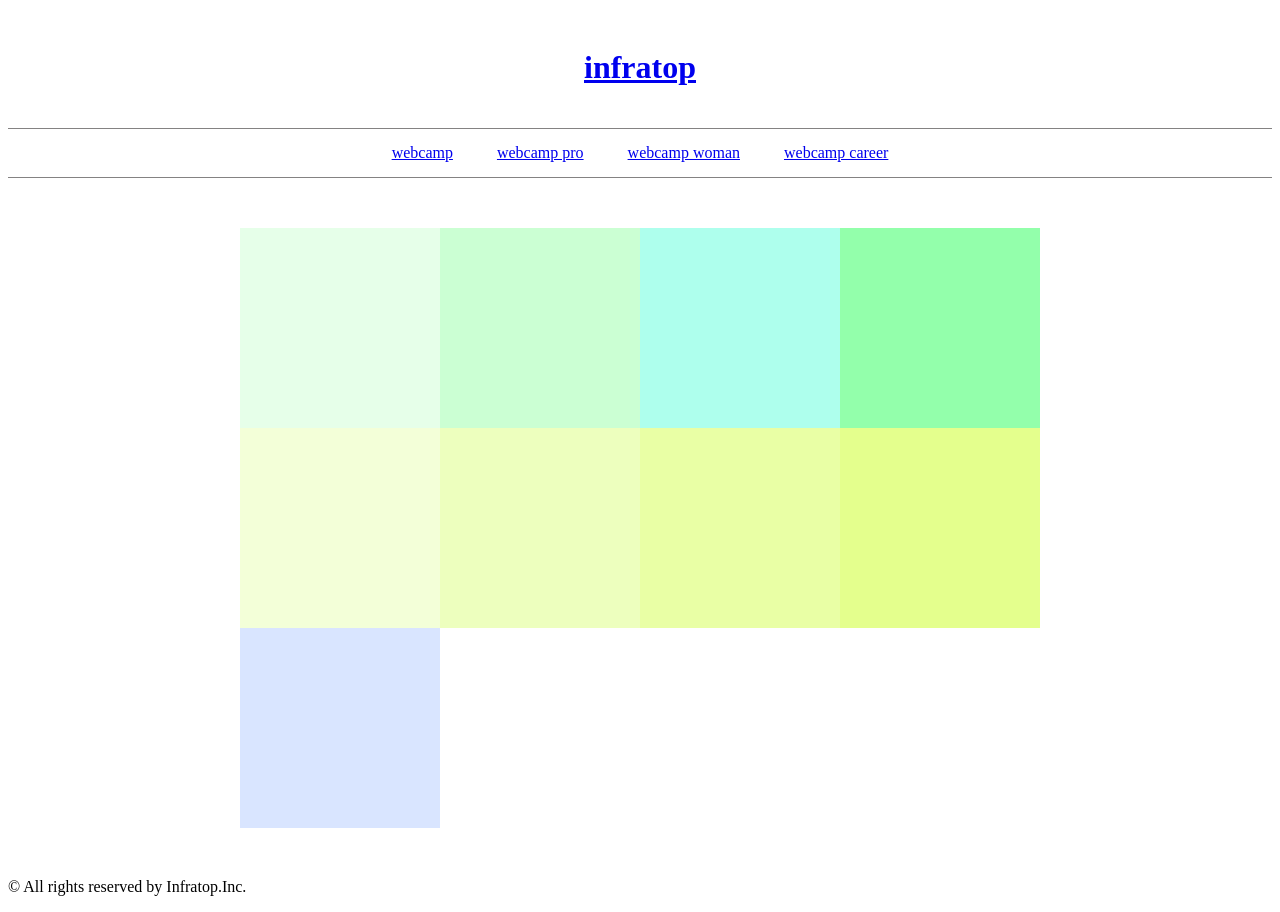
Repository: ego-boosting/html-practice1
Page: chapter5/index.html
The author's editor kept a record of every edit. The page is drawn from the files as they stood at one moment, then again after the next edit.
The browser window is 1280 px wide. The pictures show the whole page.

Above is the page before.

### chapter5/index.html
<!DOCTYPE html>
<html lang="ja">

  <head>
    <meta charset="UTF-8" />
    <link rel="stylesheet" href="style.css" />
    <title></title>
  </head>

  <body>
    <header>
      <h1 class="heading">
        <a href="index.html">
          infratop
        </a>

      </h1>
    </header>

    <nav>

      <ul class="nav-list">
        <li class="nav-list-item">
          <a href="index.html">webcamp</a>
        </li>
        <li class="nav-list-item">
          <a href="index.html">webcamp pro</a>
        </li>
        <li class="nav-list-item">
          <a href="index.html">webcamp woman</a>
        </li>
        <li class="nav-list-item">
          <a href="index.html">webcamp career</a>
        </li>

      </ul>

    </nav>

    <div class="main">
      <div class="box1"></div>
      <div class="box2"></div>
      <div class="box3"></div>
      <div class="box4"></div>
      <div class="box5"></div>
      <div class="box6"></div>
      <div class="box7"></div>
      <div class="box8"></div>
      <div class="box9"></div>
      <div class="box10"></div>
      <div class="box11"></div>
      <div class="box12"></div>
    </div>

    <div class="blog"></div>
    <div class="sidebar"></div>

    </div>

    <footer>
      <p class="footer-text">© All rights reserved by Infratop.Inc.</p>
    </footer>
   </body>
 </html>

### chapter5/style.css
＊{
  margin:0;
  padding:0;
  box-sizing:obder-box;
}

header{
 width:100%;
 padding:20px 0;
 text-align:center;
}

.nav-list{
  text-align:center;
  padding:15px 0;
  margin:auto 0;
  border-bottom:1px solid#848282;
  border-top:1px solid#848282;
}
.nav-list-item{
  list-style:none;
  display: inline-block;
  margin: 0 20px;
}

.main{
 width:800px;
 margin:50px auto;
 display:flex;
 flex-wrap:wrap;
}

.box1{
  width:200px;
  height:200px;
  background-color:#e6ffe9;
}

.box2{
  width:200px;
  height:200px;
  background-color:#cbffd3;
}

.box3{
  width:200px;
  height:200px;
  background-color:#aeffed;
}

.box4{
  width:200px;
  height:200px;
  background-color:#93ffab;
}

.box5{
  width:200px;
  height:200px;
  background-color:#f3ffd8;
}

.box6{
  width:200px;
  height:200px;
  background-color:#edffbe;
}

.box7{
  width:200px;
  height:200px;
  background-color:#e9ffa5;
}

.box8{
  width:200px;
  height:200px;
  background-color:#e4ff8d;
}

.box9{
  width:200px;
  height:200px;
  background-color:#d9e5ff;
}

.box1{
  width:200px;
  height:200px;
  background-color:#bad3ff;
}

.box1{
  width:200px;
  height:200px;
  background-color:#e6ffe9;
}

.box1{
  width:200px;
  height:200px;
  background-color:#e6ffe9;
}

After the next edit:
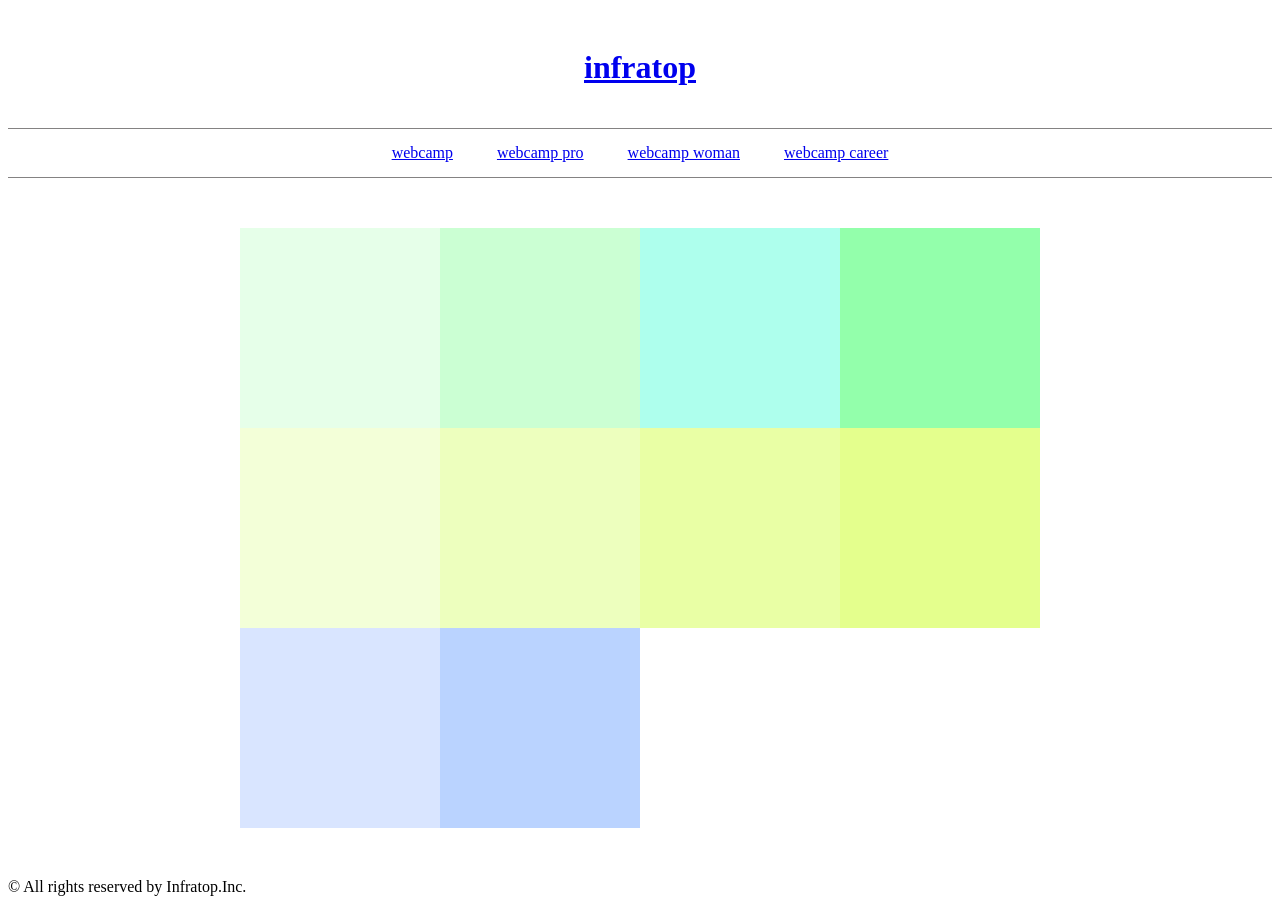
The edit:
--- a/chapter5/style.css
+++ b/chapter5/style.css
@@ -84,7 +84,7 @@
   background-color:#d9e5ff;
 }
 
-.box1{
+.box10{
   width:200px;
   height:200px;
   background-color:#bad3ff;
